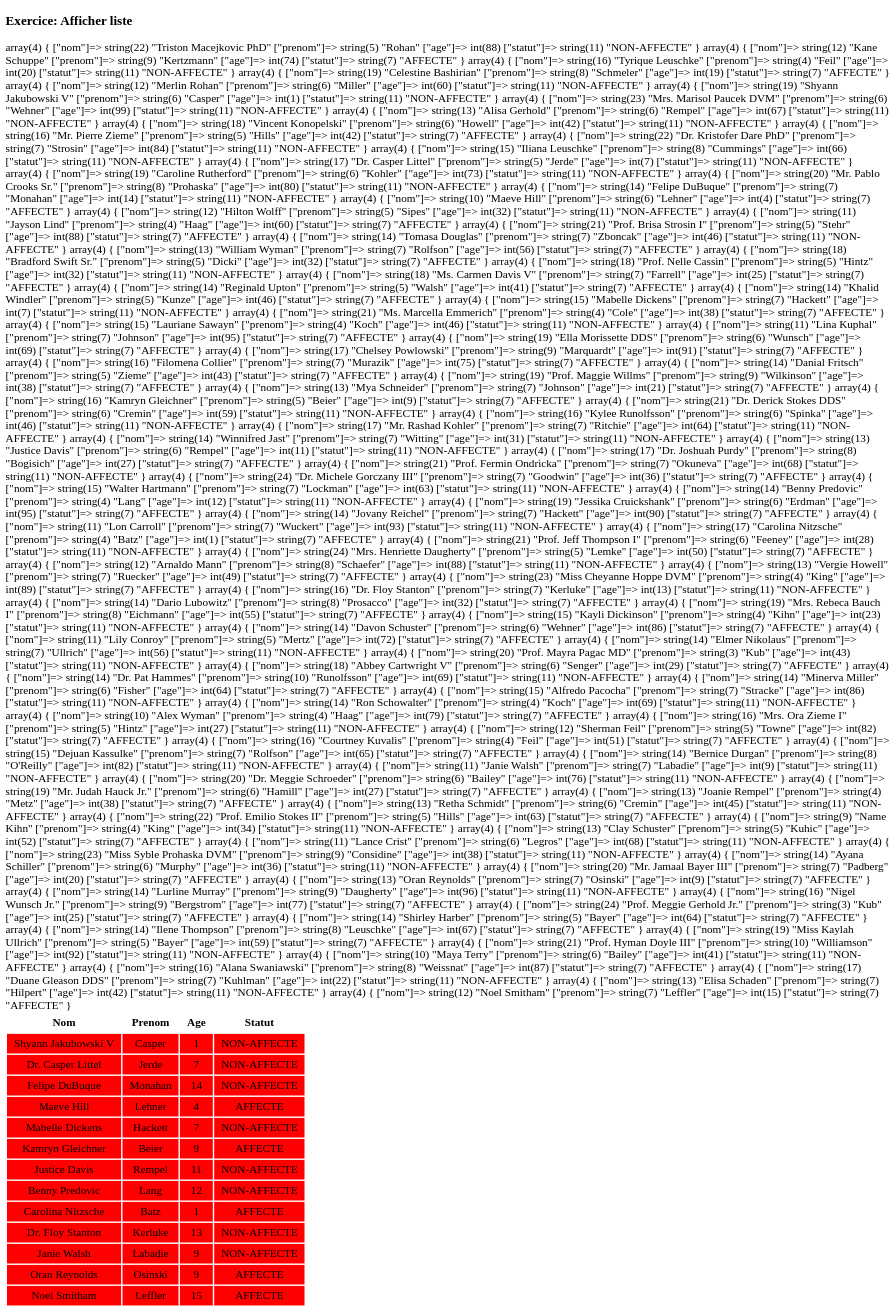
Repository: Bfabien99/PHPREPO
Page: http://localhost/
An editor plug-in stored every save of this project. The page is shown before and after the next save, followed by the edit.
The browser window is 1280 px wide. The pictures show the whole page, at 70% of full size.
The page is run by PHP 8.4 with error messages shown; the project is at /var/www/html/.

Above is the page before, as saved 2021-12-10 10:49:54.

After the next save:
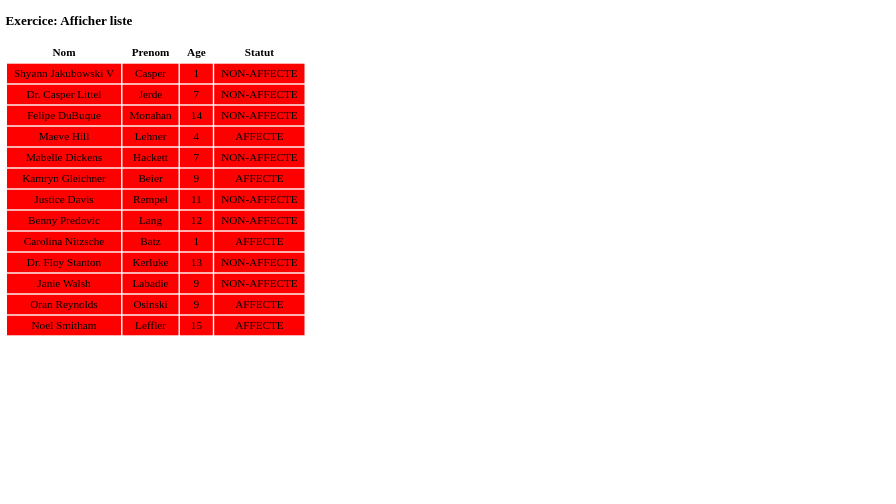
Saved 11 s later.
--- a/MakeFakeData/src/index.php
+++ b/MakeFakeData/src/index.php
@@ -61,7 +61,7 @@ while($i<= 100) {
             // echo "<td>".$value["statut"]."</td>";
             // echo"</tr>";
             // }
-			var_dump($value);
+
 			$age = $value["age"];
             switch ($age) {
                 case $age > 0 && $age < 18 :
